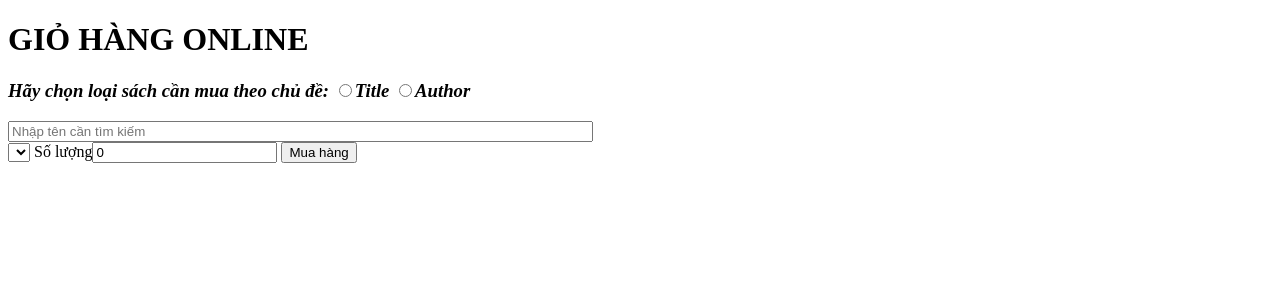
Repository: trangtruc/Java_NangCao
Page: http://localhost/Demo_Database/Myeshop.jsp
An editor plug-in stored every save of this project. The page is shown before and after the next save, followed by the edit.
The browser window is 1280 px wide. The pictures show the whole page.
The page is served by Tomcat 9. Other server files are loaded and not shown. Queries for data that is not in the repository find no rows.

Above is the page before, as saved 2017-03-14 12:13:11.

### Buoi4/Demo_Database/WebContent/Myeshop.jsp
<%@page contentType="text/html" pageEncoding="UTF-8"%>
<%@page import="servlet.*" %>
<%@page import="java.util.ArrayList" %>
<!DOCTYPE HTML PUBLIC "-//W3C//DTD HTML 4.01 Transitional//EN"
    "http://www.w3.org/TR/html4/loose.dtd">

<html>
    <head>
        <title>My E-Shop</title>
        <script type="text/javascript">
            function kt(){
                var s=document.getElementById("sl").value;
                if(isNaN(s) || s<=0)
                    return false;
                return true;
            }
        </script>
    </head>
    <body>
        <h1>GIỎ HÀNG ONLINE</h1>
        <%
            DbActions db = new DbActions();
            ArrayList<Sanpham> dssp = db.getAllProducts();
        %>
        <form action="Access" method="post">
            <h3><i>Hãy chọn loại sách cần mua theo chủ đề:
            	<input type="radio" name="ra" value="title"/>Title
				<input type="radio" name="ra" value="author"/>Author
            </i></h3>

           <input type="text" name="key" placeholder="Nhập tên cần tìm kiếm" size="70"/>

			</br>

			<select name="monhang">
                <%
            for (Sanpham sp : dssp) {%>
                <option value="<%=sp.getId()%>"><%=sp.getTitle()%></option>

                <%}%>
            </select>

            Số lượng<input name="soluong" value="0" id="sl"/>
            <input type="hidden" name="action" value="muahang"/>
            <input type="submit" value="Mua hàng" onclick="return kt()"/>


        </form>
        <br/>
        <jsp:include page="Myecart.jsp" flush="true"/>
    </body>
</html>

### Buoi4/Demo_Database/WebContent/Myecart.jsp
<%@page contentType="text/html" pageEncoding="UTF-8"%>
<%@page import="java.util.ArrayList" %>
<%@page import="servlet.*" %>
<%
	Object obj=session.getAttribute("giohang");
	if(obj!=null){
	    Giohang giohang=(Giohang)obj;
	    ArrayList<Monhang> dssp=giohang.getGiohang();
	    if(dssp.size()>0){
%>
<table align="center" border="1" width="95%">
    <tr>
        <th>STT</th>
        <th>Tên sách</th>
        <th>Tên tác giả</th>
        <th>Số lượng mua</th>
        <th>Đơn giá</th>
        <th>Số lượng hiện còn trong kho</th>
        <th>Thành tiền</th>
        <th></th>
    </tr>

    <%int i=1;
    for(Monhang mhang:dssp){

    	 String ms=mhang.getSanpham().getId();
    	 String tua=mhang.getSanpham().getTitle();
         String tgia=mhang.getSanpham().getAuthor();
         int sl=mhang.getSoluong();
         double dg=mhang.getSanpham().getPrice();
         int qty =mhang.getSanpham().getQty();

        %>

        <tr>
            <td><%=ms%></td>
            <td><%=tua%></td>
            <td><%=tgia%></td>
            <td><%=sl%></td>
            <td><%=dg%></td>
            <td><%=qty-sl%></td>
            <td><%=dg*sl%></td>
            <td>
                <form action="Access" method="post">
                    <input type="hidden" name="action" value="trahang"/>
                    <input type="hidden" name="mssp" value="<%=ms%>"/>
                    <input type="submit" value="Trả hàng"/>
                </form>
            </td>
        </tr>
    <%}%>
    </table>
    <br/>
        <center>
            <form method="post" action="Access">
                <input type="hidden" name="action" value="checkout"/>
                <input type="submit" value="Check out"/>
            </form>
        </center>
   <%}
   }
%>

### Buoi4/Demo_Database/src/servlet/DbActions.java
package servlet;

import java.sql.Connection;
import java.sql.DriverManager;
import java.sql.ResultSet;
import java.sql.Statement;
import java.util.ArrayList;

import servlet.Sanpham;

public class DbActions {
	private Connection conn;

	public DbActions() throws Exception{
		Class.forName("com.mysql.jdbc.Driver");
		conn = DriverManager.getConnection("jdbc:mysql://localhost:3306/ebookshop","root","");

	}





	public Sanpham getSanPhamId(String id) throws Exception {
		Sanpham sp=null;
		Statement stmt = conn.createStatement();
		String sql = "select * from books where id="+id+"";

		ResultSet rs = stmt.executeQuery(sql);
		if(rs.next()){
			String i = rs.getString("id");
			String t = rs.getString("title");
            String author = rs.getString("author");
            Float price = rs.getFloat("price");
            int quantity = rs.getInt("qty");
            sp = new Sanpham(i, t, author, price, quantity);
		}

		return sp;

	}


	public Sanpham getSanPhamAuthor(String author) throws Exception {
		Sanpham sp=null;
		Statement st = conn.createStatement();
		String sql = "SELECT * FROM books WHERE author = "
                + "'" + author + "'"
                + " AND qty > 0 ORDER BY author ASC, title ASC";
		ResultSet rs = st.executeQuery(sql);
		if(rs.next()){
			String id = rs.getString("id");
			String t = rs.getString("title");
            String au = rs.getString("author");
            Float price = rs.getFloat("price");
            int quantity = rs.getInt("qty");
            sp = new Sanpham(id, t, au, price, quantity);
		}

		return sp;
	}
	   /**
     * Lấy tât cả sản phẩm
     * @return danh sách sản phẩm
     * @throws Exception
     */
    public ArrayList<Sanpham> getAllProducts() throws Exception {
        ArrayList<Sanpham> ds = new ArrayList<Sanpham>();
        ResultSet rs = null;
        Statement stmt = conn.createStatement();
        String sql = "select * from books";
        rs = stmt.executeQuery(sql);
        while(rs.next()){
        	String id = rs.getString("id");
        	String t = rs.getString("title");
            String author = rs.getString("author");
            Float price = rs.getFloat("price");
            int quantity = rs.getInt("qty");
            ds.add(new Sanpham(id, t, author, price, quantity));
        }
        return ds;
    }


}

After the next save:
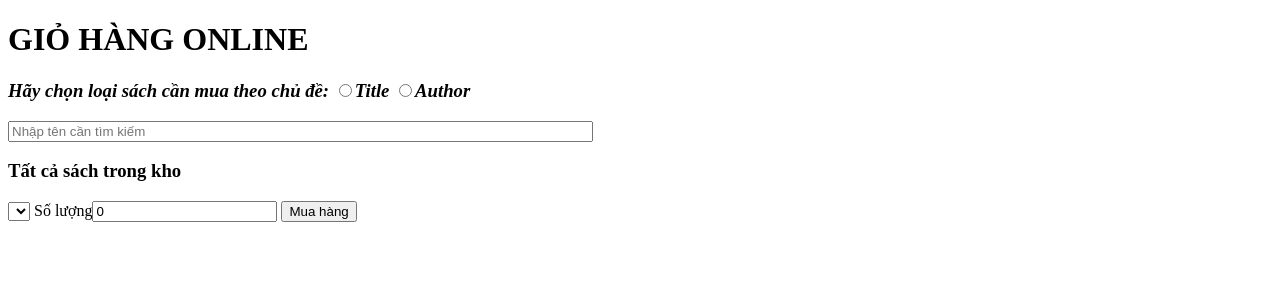
Saved 70 s later.
--- a/Buoi4/Demo_Database/WebContent/Myeshop.jsp
+++ b/Buoi4/Demo_Database/WebContent/Myeshop.jsp
@@ -31,7 +31,8 @@
            <input type="text" name="key" placeholder="Nhập tên cần tìm kiếm" size="70"/>
 
 			</br>
-
+			</hr>
+			<h3>Tất cả sách trong kho</h3>
 			<select name="monhang">
                 <%
             for (Sanpham sp : dssp) {%>
